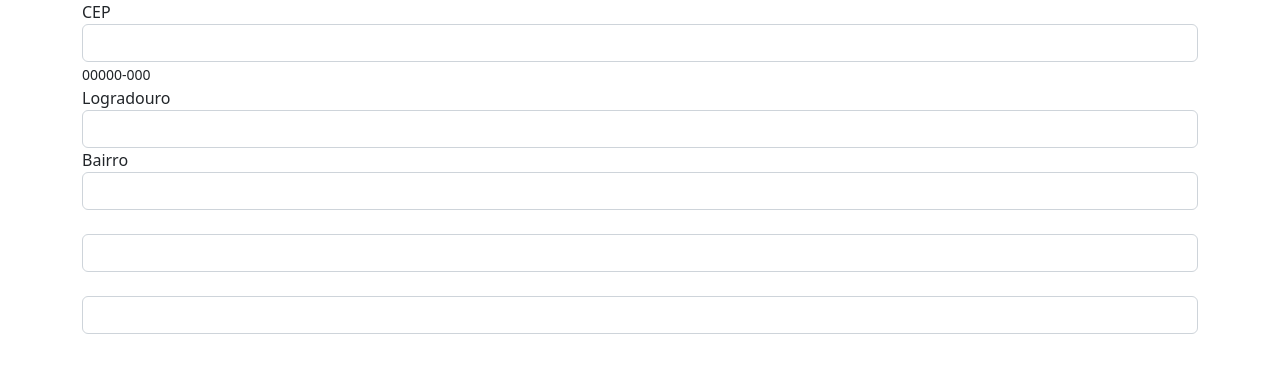
Repository: Mardoqueu/fetch-CEP
Page: index.html
An editor plug-in stored every save of this project. The page is shown before and after the next save, followed by the edit.
The browser window is 1280 px wide. The pictures show the whole page.

Above is the page before, as saved 2022-10-26 10:30:45.

After the next save:
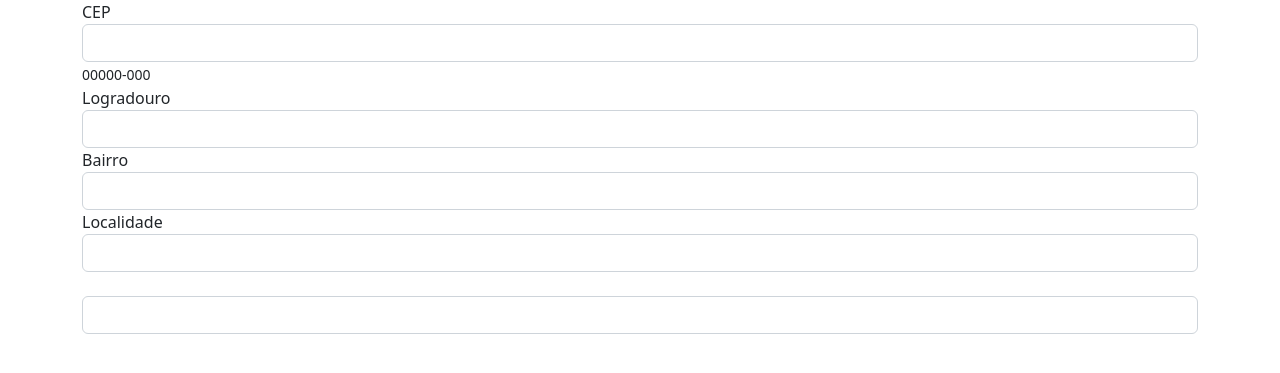
Saved 12 s later.
--- a/index.html
+++ b/index.html
@@ -13,7 +13,7 @@
         <div class="form-group"><label for="cep">CEP</label><input type="text" class="form-control" id="cep"><small>00000-000</small></div>
         <div class="form-group"><label for="logradouro">Logradouro</label><input type="text" class="form-control" id="logradouro"><small></small></div>
         <div class="form-group"><label for="bairro">Bairro</label><input type="text" class="form-control"><small></small></div>
-        <div class="form-group"><label for=""></label><input type="text" class="form-control"><small></small></div>
+        <div class="form-group"><label for="Localidade">Localidade</label><input type="text" class="form-control"><small></small></div>
         <div class="form-group"><label for=""></label><input type="text" class="form-control"><small></small></div>
       </form>
     </div>
